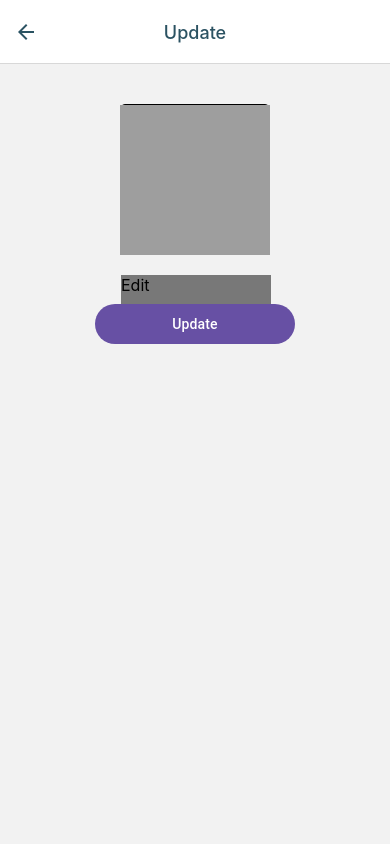
Repository: SaudCh/Expo-Pethub
Screen: /UpdateProfile
The author's editor kept a copy of each file at every save. The screen is drawn from the files as they stood at one save, then again after the next save.
Pictures or frames that could not be fetched are drawn as grey boxes. The app was drawn by React Native's web renderer in a window 390 px wide. The project was rebuilt for these pictures with package versions that can differ from the ones it lists, and the page was loaded fresh each time. Also part of the build but not shown: Screens/Signup.js, Screens/Home.js, Screens/Profile.js, Components/Avatar.js.

Above is the screen before, as saved 2022-11-15 00:32:47.

After the next save:
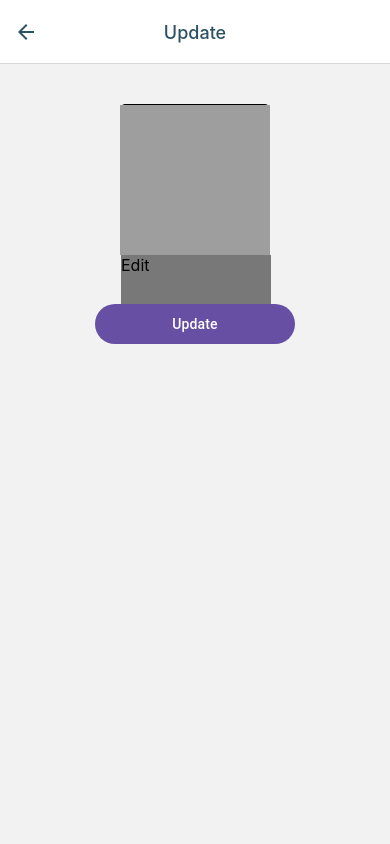
Saved 9 s later.
--- a/Screens/UpdateProfile.js
+++ b/Screens/UpdateProfile.js
@@ -32,7 +32,6 @@ const styles = StyleSheet.create({
         width: 150,
         height: 150,
         alignSelf: 'center',
-        marginBottom: 20,
         resizeMode: "cover"
     },
     editIcon: {
